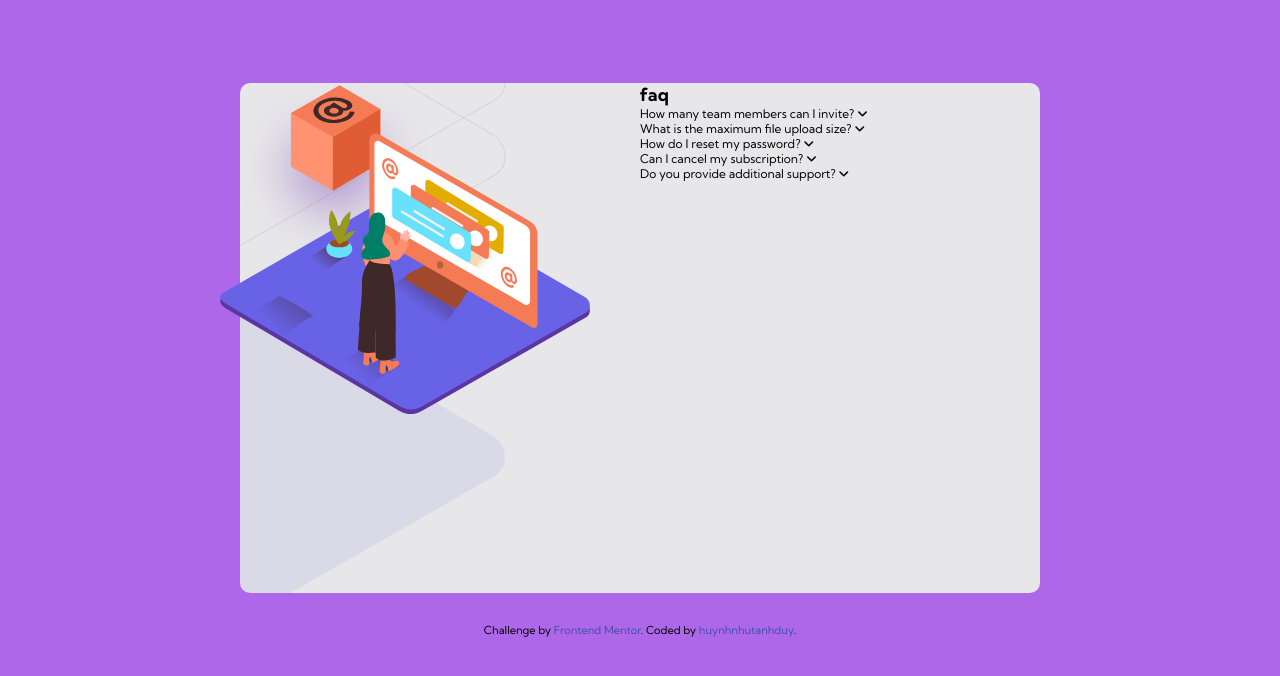
Repository: huynhnhutanhduy/faq-accordion-card
Page: index.html
An editor plug-in stored every save of this project. The page is shown before and after the next save, followed by the edit.
The browser window is 1280 px wide. The pictures show the whole page.

Above is the page before, as saved 2022-10-20 13:49:06.

After the next save:
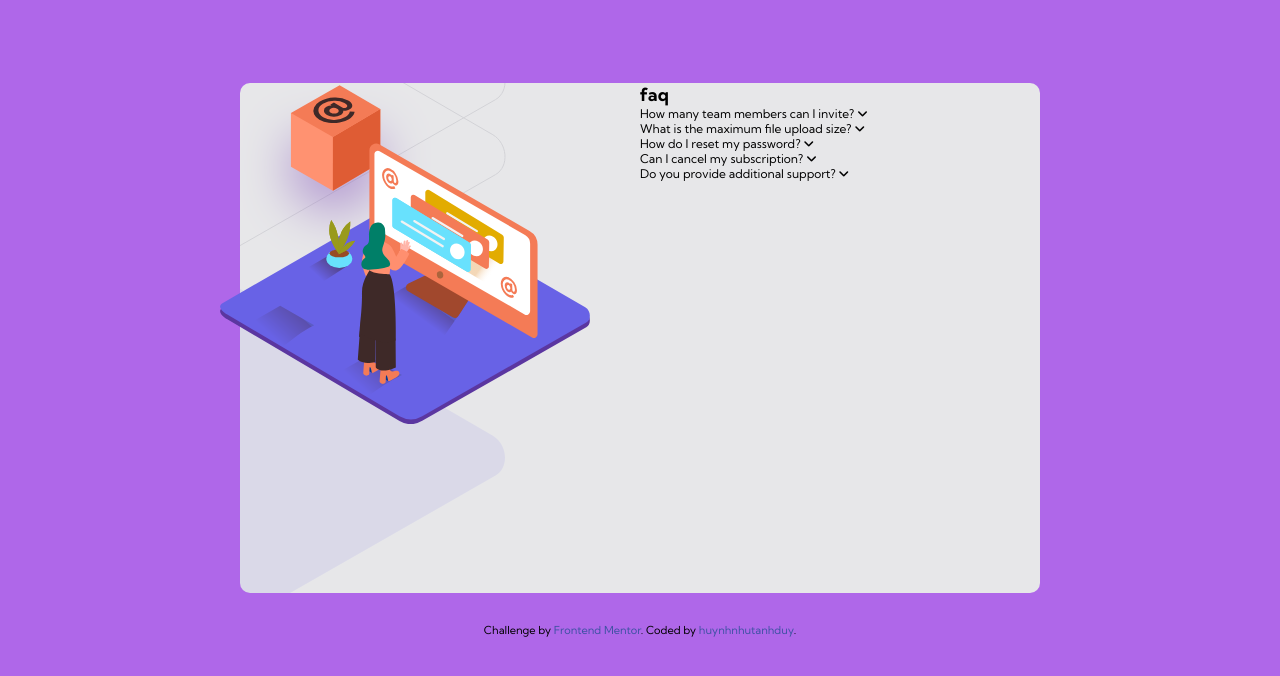
Saved 5 s later.
--- a/app.css
+++ b/app.css
@@ -67,7 +67,7 @@ img {
 .card-image {
   position: absolute;
   height: 70%;
-  top: 50px;
+  top: 60px;
   left: -20px;
 }
 
